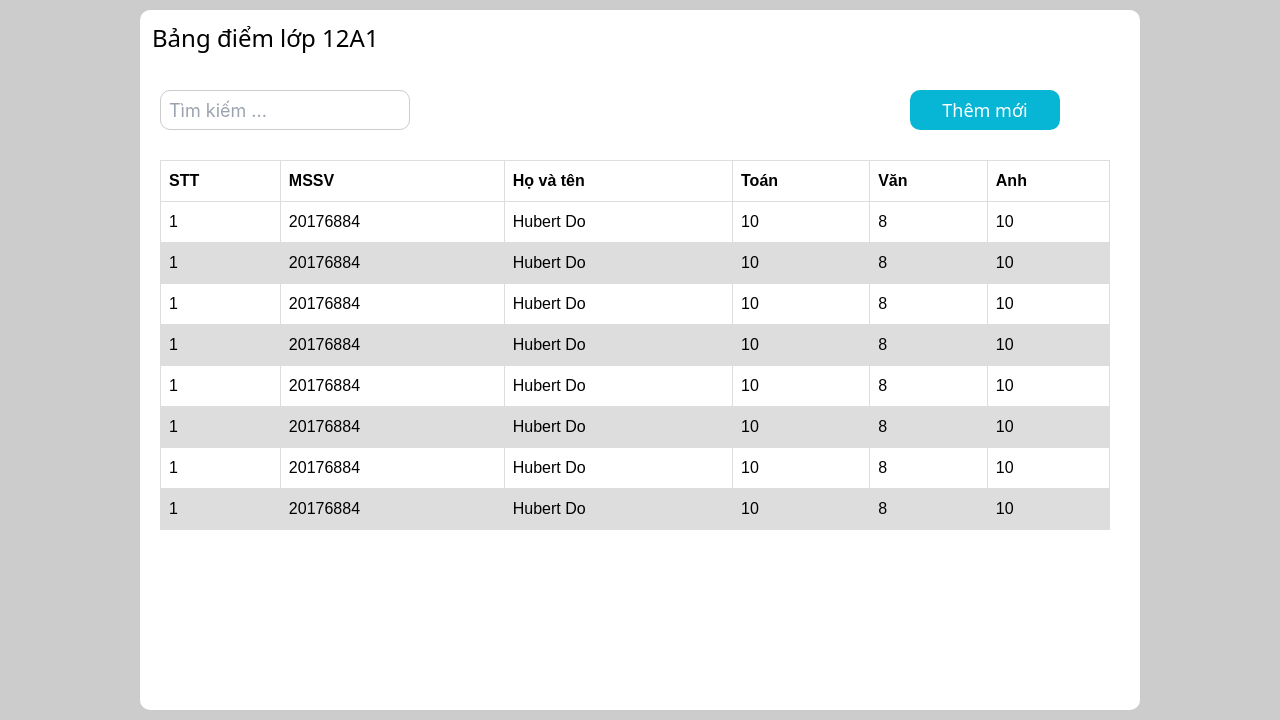
Repository: doducthuan/ReactJS-Movie
Page: /
These files come from the project's save history. The page is drawn as it stood at one moment and after the next save; the edit follows.
The browser window is 1280 px wide. The pictures show the whole page.
The project was rebuilt for these pictures with package versions that can differ from the ones it lists, and the page was loaded fresh each time. Also part of the build but not shown: src/App.css.

Above is the page before, as saved 2024-01-13 07:43:15.

After the next save:
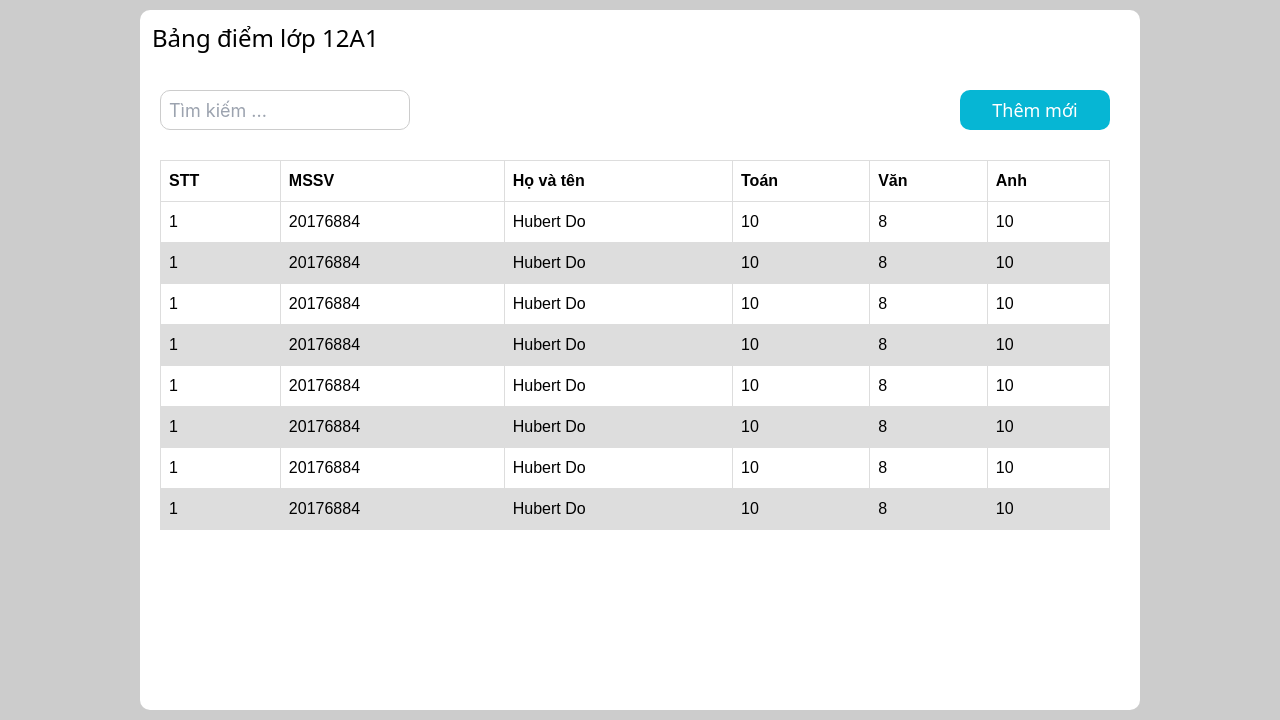
Saved 26 s later.
--- a/src/components/students/styles.css
+++ b/src/components/students/styles.css
@@ -17,7 +17,7 @@
     margin-left: 20px;
 }
 .search-add{
-    gap: 500px;
+    gap: 550px;
     margin-bottom: 30px;
 }
 .search-all{
